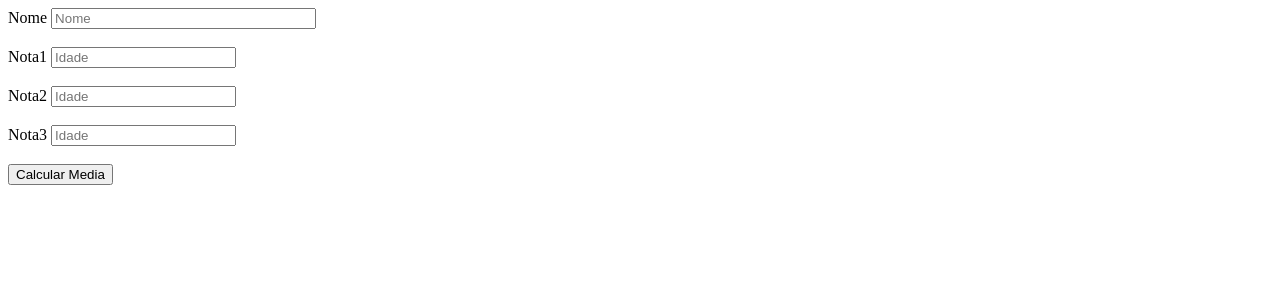
Repository: Deivisoons/spring
Page: http://localhost/Projeto_JSP/exercicio1/Formulario.jsp
These files come from the project's save history. The page is drawn as it stood at one moment and after the next save; the edit follows.
The browser window is 1280 px wide. The pictures show the whole page.
The page is served by Tomcat 9.

Above is the page before, as saved 2020-02-08 18:29:52.

After the next save:
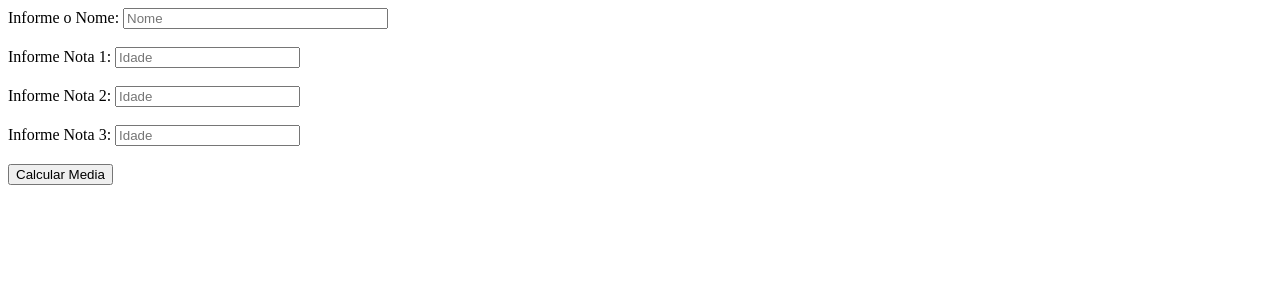
Saved 62 s later.
--- a/Projeto JSP/WebContent/exercicio1/Formulario.jsp
+++ b/Projeto JSP/WebContent/exercicio1/Formulario.jsp
@@ -9,19 +9,19 @@
 <body>
 <form action="media.jsp" method="post">
 
-<label>Nome</label>
+<label>Informe o Nome:</label>
 <input type="text" name="nome" size="30" placeholder="Nome">
 <br><br>
 
-<label>Nota1</label>
+<label>Informe Nota 1:</label>
 <input type="number" name="nota1" size="30" placeholder="Idade">
 <br><br>
 
-<label>Nota2</label>
+<label>Informe Nota 2:</label>
 <input type="number" name="nota2" size="30" placeholder="Idade">
 <br><br>
 
-<label>Nota3</label>
+<label>Informe Nota 3:</label>
 <input type="number" name="nota3" size="30" placeholder="Idade">
 <br><br>
 
